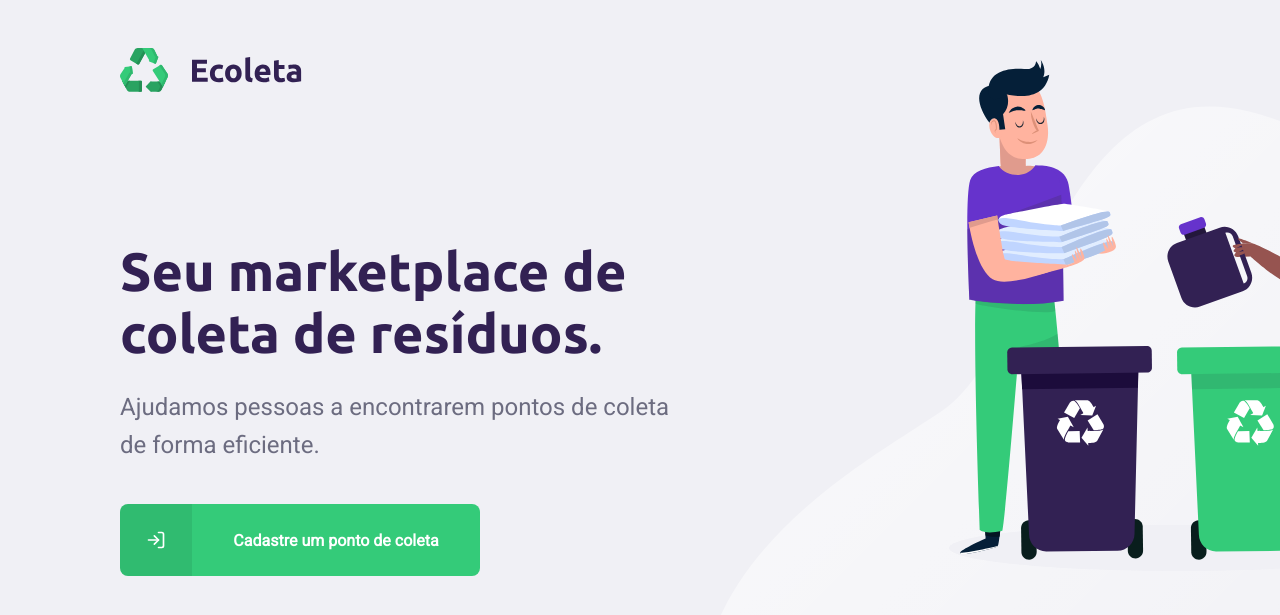
Repository: Andr3Souza/NLW-01-Ecoleta
Page: / (app in web/)
An editor plug-in stored every save of this project. The page is shown before and after the next save, followed by the edit.
The browser window is 1280 px wide. The pictures show the whole page.
The project was rebuilt for these pictures with package versions that can differ from the ones it lists, and the page was loaded fresh each time.

Above is the page before, as saved 2020-06-03 21:58:05.

After the next save:
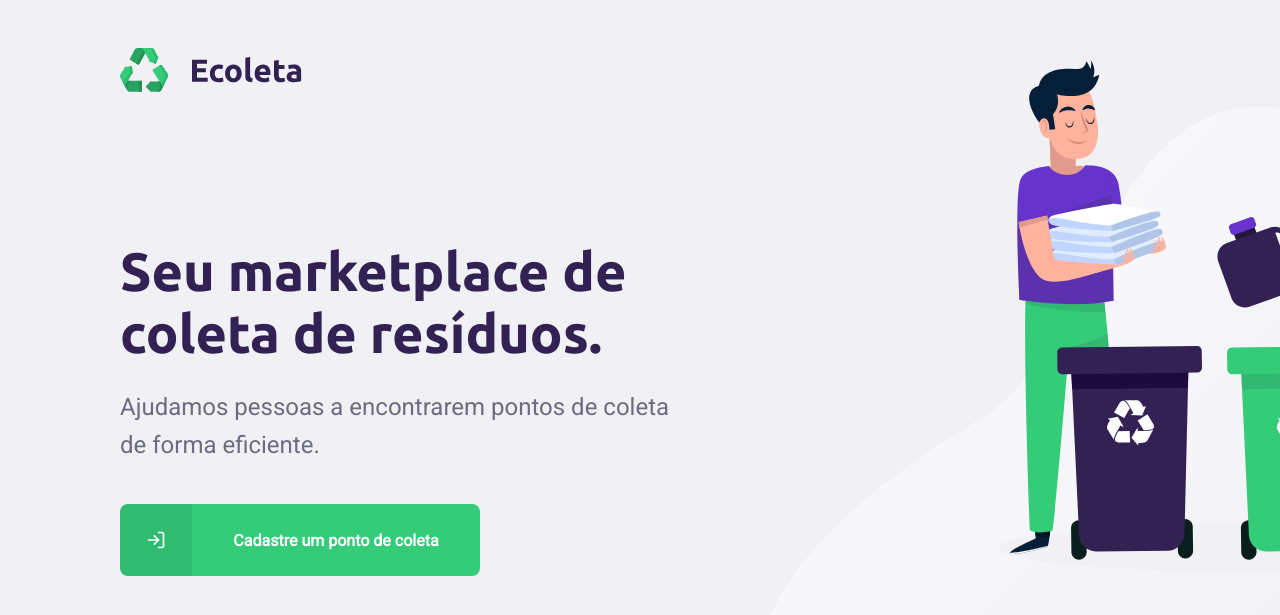
Saved 13 s later.
--- a/web/src/pages/Home/styles.css
+++ b/web/src/pages/Home/styles.css
@@ -1,7 +1,7 @@
 #page-home {
   height: 100vh;
 
-  background: url("../../assets/home-background.svg") no-repeat 700px bottom;
+  background: url("../../assets/home-background.svg") no-repeat 750px bottom;
 }
 
 #page-home .content {
